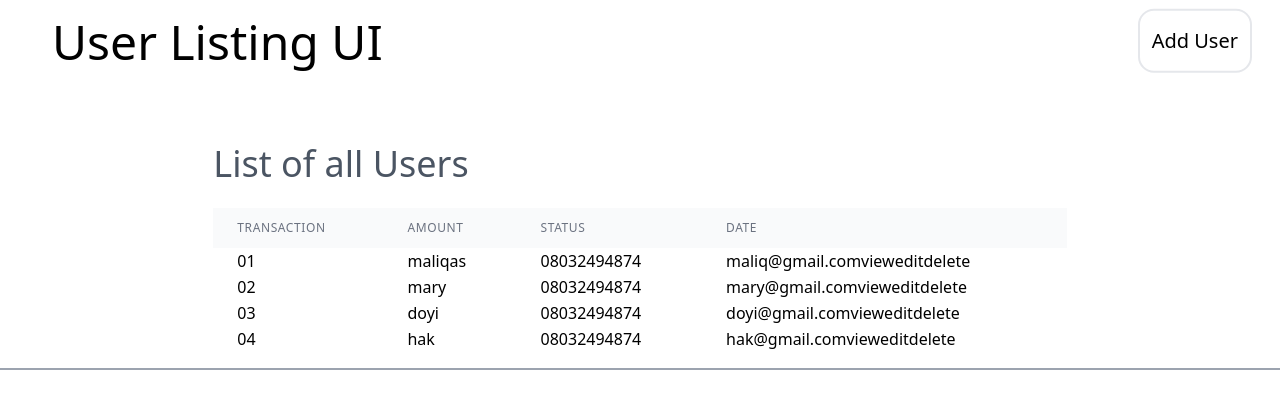
Repository: Marlstergo/listings
Page: / (app in client/)
An editor plug-in stored every save of this project. The page is shown before and after the next save, followed by the edit.
The browser window is 1280 px wide. The pictures show the whole page.
The project was rebuilt for these pictures with package versions that can differ from the ones it lists, and the page was loaded fresh each time. Also part of the build but not shown: client/craco.config.js, client/src/components/Loader.js, client/src/components/List.js, client/src/components/EditUser.js.

Above is the page before, as saved 2021-07-21 16:31:51.

### client/src/index.js
/* eslint-disable no-unused-vars */
import React from "react";
import ReactDOM from "react-dom";
import "./index.css";
import App from "./App";
import reportWebVitals from "./reportWebVitals";
import { BrowserRouter as Router } from 'react-router-dom';
import { Provider } from "react-redux";
import { store } from "./redux/store";
import { PersistGate } from "redux-persist/integration/react";
import { persistor } from "./redux/store";

ReactDOM.render(
  <React.StrictMode>
    <Provider store={store}>
      <Router>
        <PersistGate persistor={persistor}>
          <App />
        </PersistGate>
      </Router>
    </Provider>
  </React.StrictMode>,
  document.getElementById("root")
);

// If you want to start measuring performance in your app, pass a function
// to log results (for example: reportWebVitals(console.log))
// or send to an analytics endpoint. Learn more: https://bit.ly/CRA-vitals
reportWebVitals();

### client/src/App.js
import React, { useState } from "react";
import { BrowserRouter, Route, Switch, useLocation } from "react-router-dom";
import Header from "./components/Header";
import Home from "./components/Home";
import List from "./components/List";
// import Toppings from "./components/Toppings";
import Order from "./components/EditUser";
// import Modal from "./components/Modal";
import { AnimatePresence } from "framer-motion";

function App() {
  const location = useLocation();
  const showModal = true;

  return (
    <>
      <Header />
      {/* <Modal showModal={showModal} /> */}
      <AnimatePresence exitBeforeEnter>
        <BrowserRouter>
          <Switch>
            <Route exact name="home" path="/">
              <Home />
            </Route>
            {/* <Route exact path="/createUpdateUser">
            <Toppings />
          </Route> */}
            <Route path="/edit" exact name="order">
              <Order />
            </Route>
            <Route path="/view" exact name="view">
              <List/>
            </Route>
          </Switch>
        </BrowserRouter>
      </AnimatePresence>
    </>
  );
}

export default App;

### client/src/redux/store.js
import { createStore, applyMiddleware } from "redux";
import { logger } from 'redux-logger';
import {persistStore} from 'redux-persist';
// import thunk from 'redux-thunk'
import createSagaMiddleware from 'redux-saga'

import rootSaga from './root-sagas'

import rootReducer from './root-reducer';

const sagaMiddleware = createSagaMiddleware()

const middleware = [sagaMiddleware];

if( process.env.NODE_ENV === 'development'){
    middleware.push(logger)
}

export const store = createStore(rootReducer, applyMiddleware(...middleware))

sagaMiddleware.run(rootSaga)

export const persistor = persistStore(store)

export default (store, persistor);

### client/src/components/Header.js
import React from "react";
import { motion } from "framer-motion";

const svgVariants = {
  hidden: { rotate: -180 },
  visible: {
    rotate: 0,
    transition: { duration: 1 },
  },
};

const pathVariants = {
  hidden: {
    opacity: 0,
    pathLength: 0,
  },
  visible: {
    opacity: 1,
    pathLength: 1,
    transition: {
      duration: 2,
      ease: "easeInOut",
    },
  },
};

const buttonVariants = {
  show: {
    y: [0, -20],
    x: 0,
    textShadow: "0px 0px 8px rgb(255,255,255)",
    boxShadow: "0px 0px 8px rgb(255,255,255)",
    transition: {
      duration: 0.3,
      yoyo: Infinity,
      ease: 'easeOut'
    },
  },
};

const Header = () => {
  return (
    <header className="flex p-7 w-screen justify-between  items-center">
      {/* <motion.div
        className="logo"
        drag
        dragConstraints={{ left: 0, top: 0, right: 0, bottom: 0 }}
        dragElastic={0.7}
      >

      </motion.div> */}
      <motion.div
        className=" flex justify-between w-full ml-6 text-xs"
        initial={{ y: -250 }}
        animate={{ y: -10 }}
        transition={{ delay: 0.2, type: "spring", stiffness: 120 }}
      >
        <h1 className=" pb-4 text-5xl">User Listing UI</h1>
        <motion.button variants={buttonVariants} whileHover="hover"
        animate="show"
        className="text-xl border-2 px-3 rounded-2xl active:bg-gray-200"
        >
          Add User
        </motion.button>
      </motion.div>
    </header>
  );
};

export default Header;

### client/src/components/Home.js
import React from "react";
import { Link } from "react-router-dom";
import { motion } from "framer-motion";
import Loader from "./Loader";
import UserRow from "./UserRow";



const containerVariants = {
  hidden: {
    opacity: 0,
  },
  visible: {
    opacity: 1,
    transition: { delay: 1.5, duration: 1.5 },
  },
  exit: {
    x: "-100vh",
    transition: { ease: "easeInOut" },
  },
};
const buttonVariants = {
  hover: {
    scale: 1.1,
    textShadow: "0px 0px 8px rgb(255,255,255)",
    boxShadow: "0px 0px 8px rgb(255,255,255)",
    transition: {
      duration: 0.3,
      yoyo: Infinity
    }
  }
}
const users = [
  {
    id: '01',
    name: "maliqas",
    email: "maliq@gmail.com",
    phone: '08032494874'
  },
  {
    id: '02',
    name: "mary",
    email: "mary@gmail.com",
    phone: '08032494874'
  },
  {
    id: '03',
    name: "doyi",
    email: "doyi@gmail.com",
    phone: '08032494874'
  },
  {
    id: '04',
    name: "hak",
    email: "hak@gmail.com",
    phone: '08032494874'
  },
];
const Home = () => {
  return (
    <motion.div
      className="  pb-4 mb-4 border-b-2 border-gray-400 flex flex-col items-center"
      variants={containerVariants}
      initial="hidden"
      animate="visible"
      exit="exit"
    >
      <div className="w-2/3 ">
        <h1 className="text-gray-600 py-6 text-4xl">List of all Users</h1>

        <table className="min-w-full divide-y divide-gray-200">
          <thead>
            <tr>
              <th className="px-6 py-3 bg-gray-50 text-left text-xs font-medium text-gray-500 uppercase tracking-wider">
                Transaction
              </th>
              <th className="px-6 py-3 bg-gray-50 text-left text-xs font-medium text-gray-500 uppercase tracking-wider">
                Amount
              </th>
              <th className=" px-6 py-3 bg-gray-50 text-left text-xs font-medium text-gray-500 uppercase tracking-wider">
                Status
              </th>
              <th className="px-6 py-3 bg-gray-50 text-left text-xs font-medium text-gray-500 uppercase tracking-wider">
                Date
              </th>
            </tr>
            {
              users.map((user) =>(
                <UserRow name={user.name} id={user.id} email={user.email} phone={user.phone} />
              ))
            }
          </thead>
        </table>
      </div>
    </motion.div>
  );
};

export default Home;

### client/src/redux/root-sagas.js
import {all, call} from 'redux-saga/effects'
import {userSagas} from './user/user.sagas'


export default function* rootSaga(){
    yield all([
        call(userSagas),
    ])
}

### client/src/redux/root-reducer.js
import {combineReducers} from 'redux'
import userReducer from './user/user.reducer'
// import cartReducer from './cart/cart.reducer'
import {persistReducer} from 'redux-persist'
import storage from 'redux-persist/lib/storage'
// import directoryReducer from './directory/directory.reducer'
// import shopReducer from './shop/shop.reducer'

const persistConfig ={
    key: 'root',
    storage,
    whitelist: ['' ]
}
const rootReducer = combineReducers({
    user: userReducer,

})
export default persistReducer(persistConfig, rootReducer)

### client/src/components/UserRow.jsx
import React from "react";

const UserRow = ({id, name, phone, email}) => {
  console.log(phone)
  return (
    <tr>
      <td className="px-6">{id}</td>
      <td className="px-6">{name}</td>
      <td className="px-6">{phone}</td>
      <td className="px-6">{email}
        <button>view</button>
        <button>edit</button>
        <button>delete</button>
      </td>
    </tr>
  );
};

export default UserRow;

### client/src/redux/user/user.sagas.js
import { all, call, put, takeLatest } from "redux-saga/effects";

import UserActionTypes from "./user.types";
import { loadUserDetail } from "./user.action";
// import axios from "axios";
// import { getUserDetailsURL } from "../../components/stringConstants";

export function* getDetails() {
  yield console.log("i fired");

  // try {
  //   console.log("inside try");

  //   const res = yield axios.get(getUserDetailsURL);
  //   const data = yield res.data;
  //   console.log(res);
  //   yield put(loadUserDetail(data ? data.data[0] : {}));
  // } catch (err) {
  //   console.log(err.response);
  //   if (err.response && err.response.statusText === "Not Found") {
  //     // console.log("");
  //     window.location.href = "/profile/settings?newUser=0837";
  //   }
  // }
}

export function* getUserDetails() {
  yield takeLatest(UserActionTypes.GET_USER_DETAIL, getDetails);
}
// export function* loadUserDetails(){
//     yield takeLatest(UserActionTypes.LOAD_USER_DETAIL, loadDetails)
// }

export function* userSagas() {
  yield all([call(getUserDetails)]);
}

### client/src/redux/user/user.reducer.js
import UserActionTypes from "./user.types";
const INITIAL_STATE = {
  // currentUser: null,
  userDetail: {},
  demo: 'i am demo',
  location: null

};
const userReducer = (state = INITIAL_STATE, action) => {
  switch (action.type) {

    case UserActionTypes.LOAD_USER_DETAIL:
      return {
        ...state,
        userDetail: action.payload,
      };

    case UserActionTypes.COLLECT_GEOLOCATION:
      return {
        ...state,
        location: action.payload
      }
    default:
      return state;
  }
};

export default userReducer;

### client/src/redux/user/user.types.js
const UserActionTypes ={
    GOOGLE_SIGN_IN_START : 'GOOGLE_SIGN_IN_START',
    SIGN_IN_SUCCESS : 'SIGN_IN_SUCCESS',
    SIGN_IN_FAILURE : 'SIGN_IN_FAILURE',
    GET_USER_DETAIL: 'GET_USER_DETAIL',
    LOAD_USER_DETAIL: 'LOAD_USER_DETAIL',
    COLLECT_GEOLOCATION: 'COLLECT_GEOLOCATION',
    FETCH_GEOLOCATION: 'FETCH_GEOLOCATION'
}
export default UserActionTypes;

### client/src/redux/user/user.action.js
import UserActionTypes from './user.types'



// export const googleSignInStart = () => ({
//     type: UserActionTypes.GOOGLE_SIGN_IN_START
// })

// export const signInSuccess = (user) => ({
//     type: UserActionTypes.SIGN_IN_SUCCESS,
//     payload: user
// })

export const getUserDetail = () => ({
    type: UserActionTypes.GET_USER_DETAIL,

})
export const loadUserDetail = (details) => ({
    type: UserActionTypes.LOAD_USER_DETAIL,
    payload: details
})

export const fetchGeoloction = () => ({
    type: UserActionTypes.FETCH_GEOLOCATION
})
export const collectGeolocation = (location) => ({
    type: UserActionTypes.COLLECT_GEOLOCATION,
    payload: location
})
// })

### client/tailwind.config.js
// tailwind.config.js
module.exports = {
  // mode:'jit',
  purge: ["./src/**/*.{js,jsx,ts,tsx}", "./public/index.html"],
  darkMode: false, // or 'media' or 'class'
  theme: {
    extend: {},
  },
  variants: {
    extend: {
      backgroundColor: ["active"],
    },
  },
  plugins: [],
};

Loaded but not shown: client/public/index.html (common file); client/src/index.css (common file); client/src/reportWebVitals.js (common file)

After the next save:
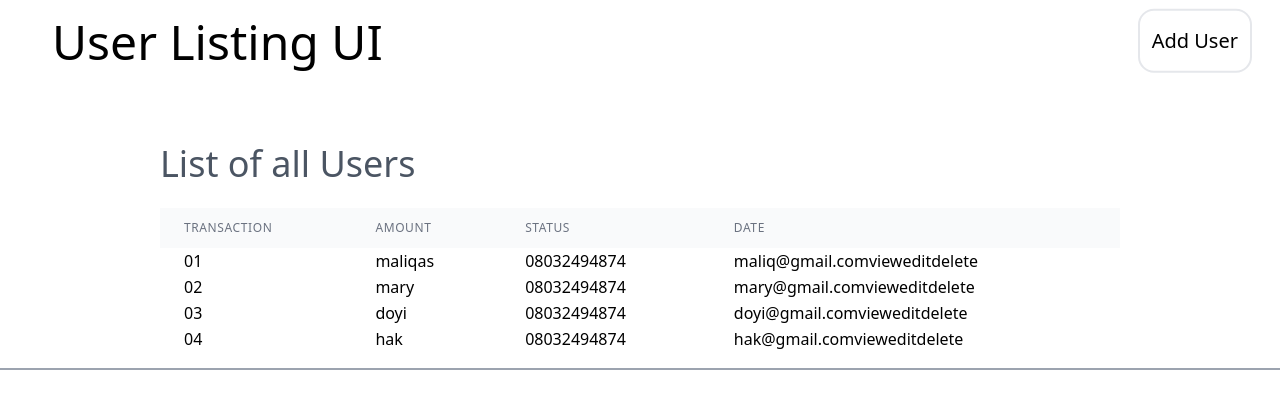
Saved 44 s later.
--- a/client/src/components/Home.js
+++ b/client/src/components/Home.js
@@ -65,7 +65,7 @@ const Home = () => {
       animate="visible"
       exit="exit"
     >
-      <div className="w-2/3 ">
+      <div className="w-3/4 ">
         <h1 className="text-gray-600 py-6 text-4xl">List of all Users</h1>
 
         <table className="min-w-full divide-y divide-gray-200">
